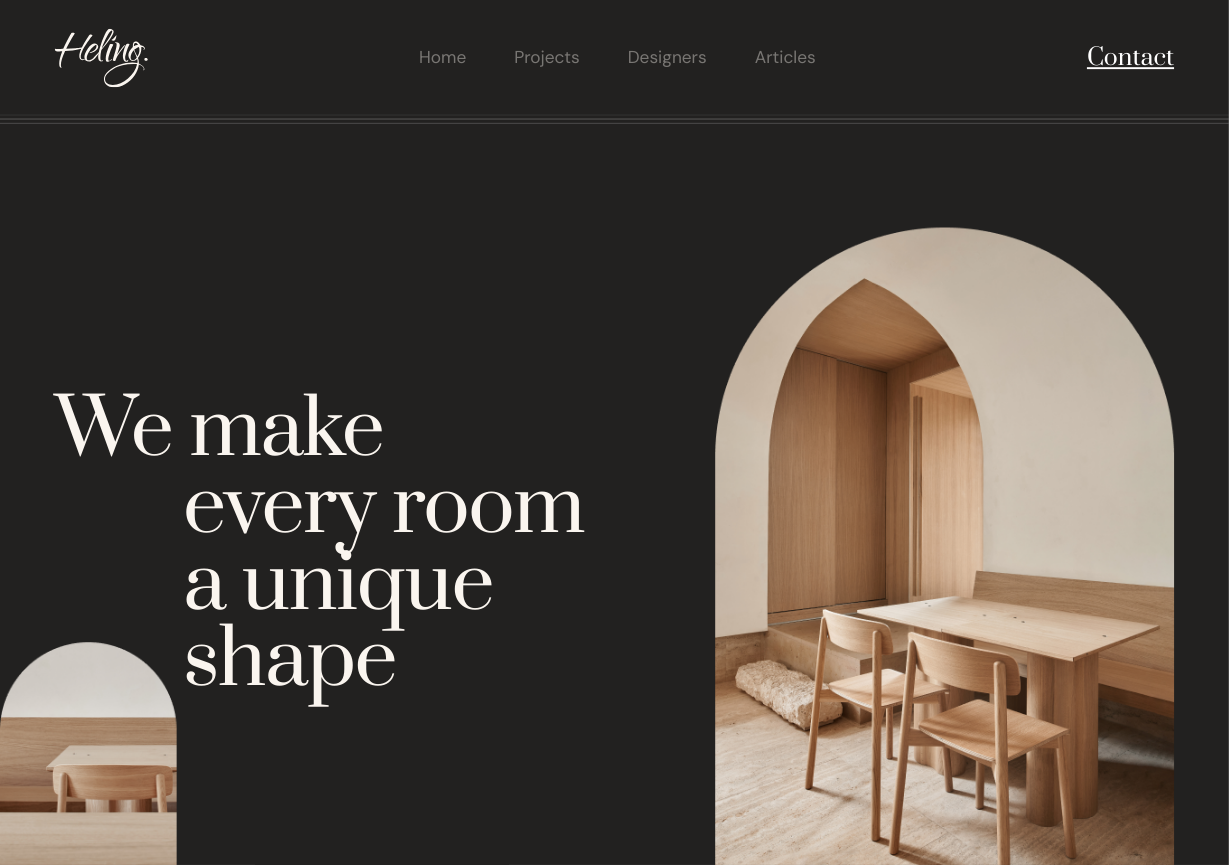
Repository: vandangnhathung/healingui_website
Page: /
The author's editor kept a copy of each file at every save. The page is drawn from the files as they stood at one save, then again after the next save.
The browser window is 1280 px wide. The pictures show the whole page, at 96% of full size.
The project was rebuilt for these pictures with package versions that can differ from the ones it lists, and the page was loaded fresh each time.

Above is the page before, as saved 2022-03-16 13:36:22.

After the next save:
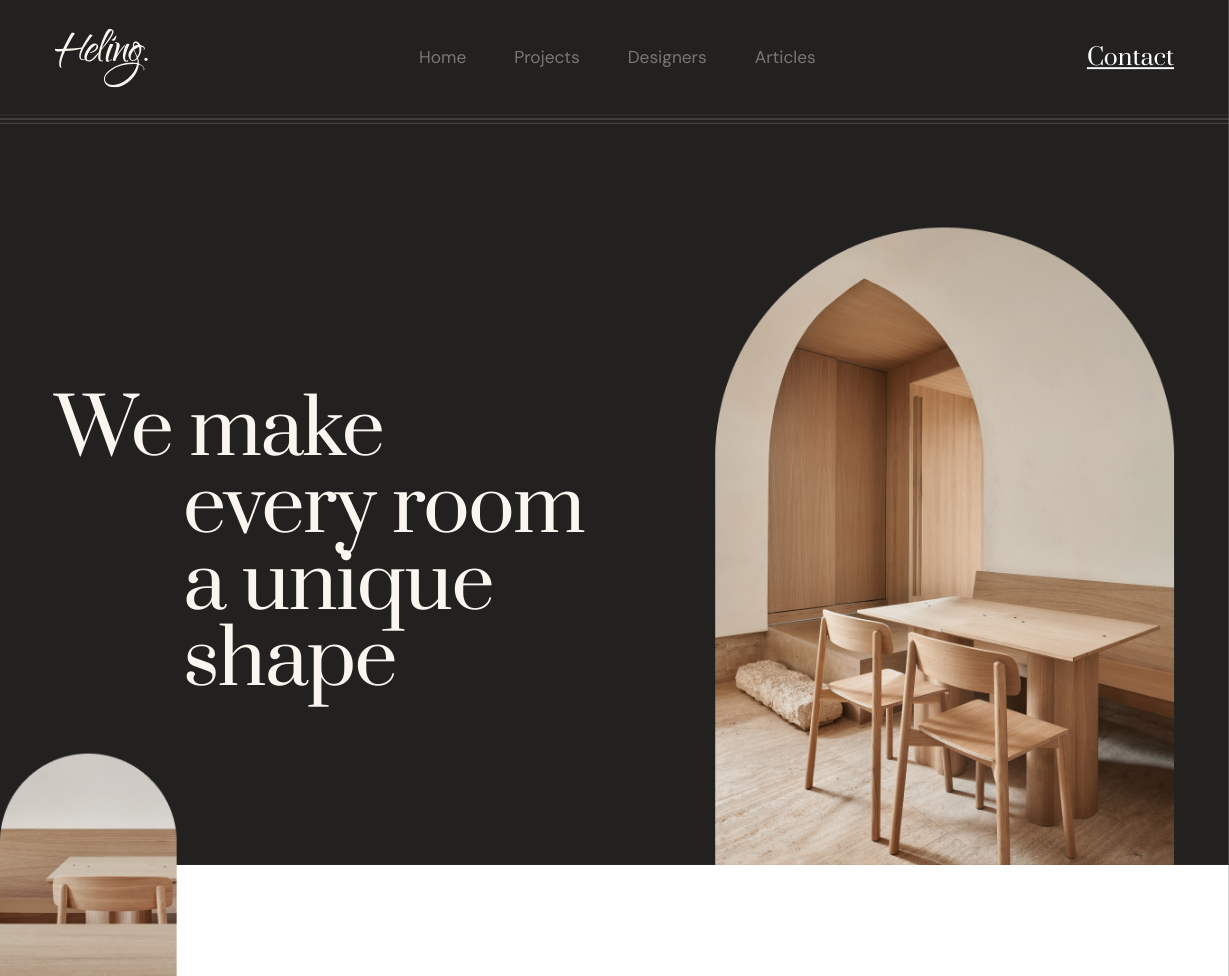
Saved 18 s later.
--- a/src/components/Container/Container.js
+++ b/src/components/Container/Container.js
@@ -35,6 +35,7 @@ const Container = () => {
     height: auto;
     position: absolute;
     bottom: 0;
+    transform: translateY(50%);
   `;
   return (
     <StyledContainer>
